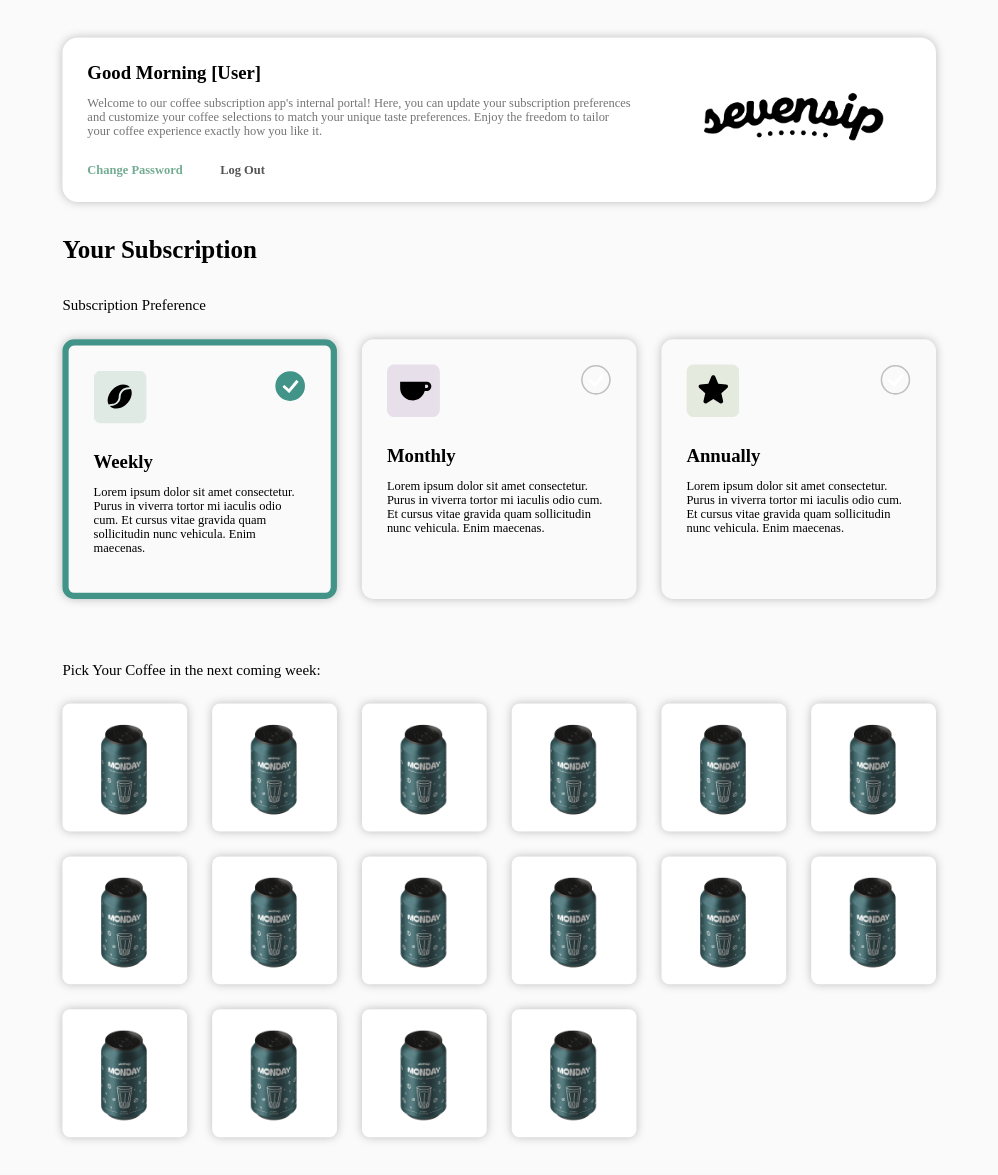
Repository: Haydenleung/COMP-4170-Final-Project
Page: http://localhost/main
These files come from the project's save history. The page is drawn as it stood at one moment and after the next save; the edit follows.
The browser window is 1280 px wide. The pictures show the whole page, at 78% of full size.
The page is served by the project's Node server (app.js).

Above is the page before, as saved 2024-03-22 18:35:09.

After the next save:
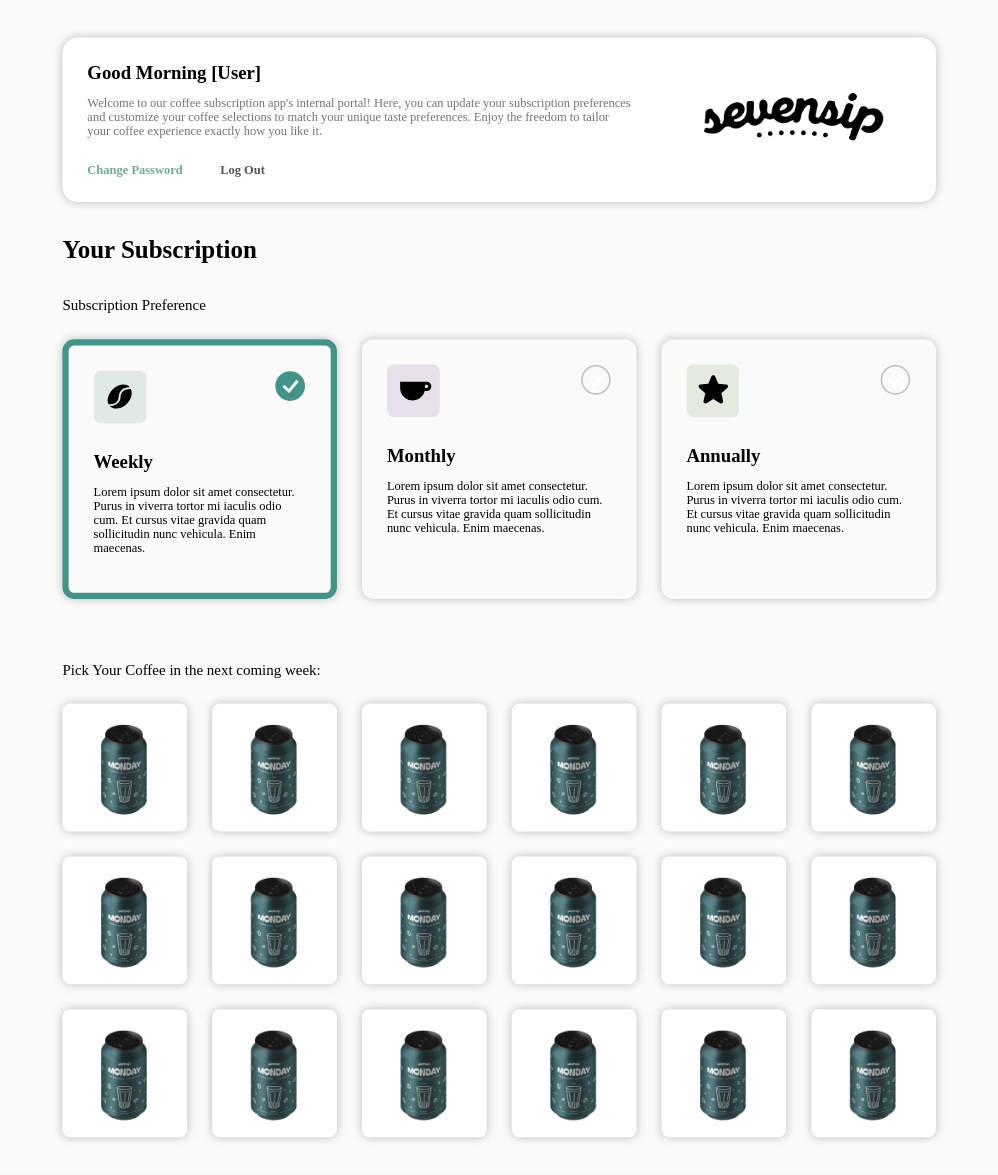
Saved 7 s later.
--- a/views/main.ejs
+++ b/views/main.ejs
@@ -117,6 +117,12 @@
                     <div class="coffee">
                         <img class="coffee-image" src="/images/01.png" alt="coffee image" />
                     </div>
+                    <div class="coffee">
+                        <img class="coffee-image" src="/images/01.png" alt="coffee image" />
+                    </div>
+                    <div class="coffee">
+                        <img class="coffee-image" src="/images/01.png" alt="coffee image" />
+                    </div>
                 </div>
             </div>
         </div>
